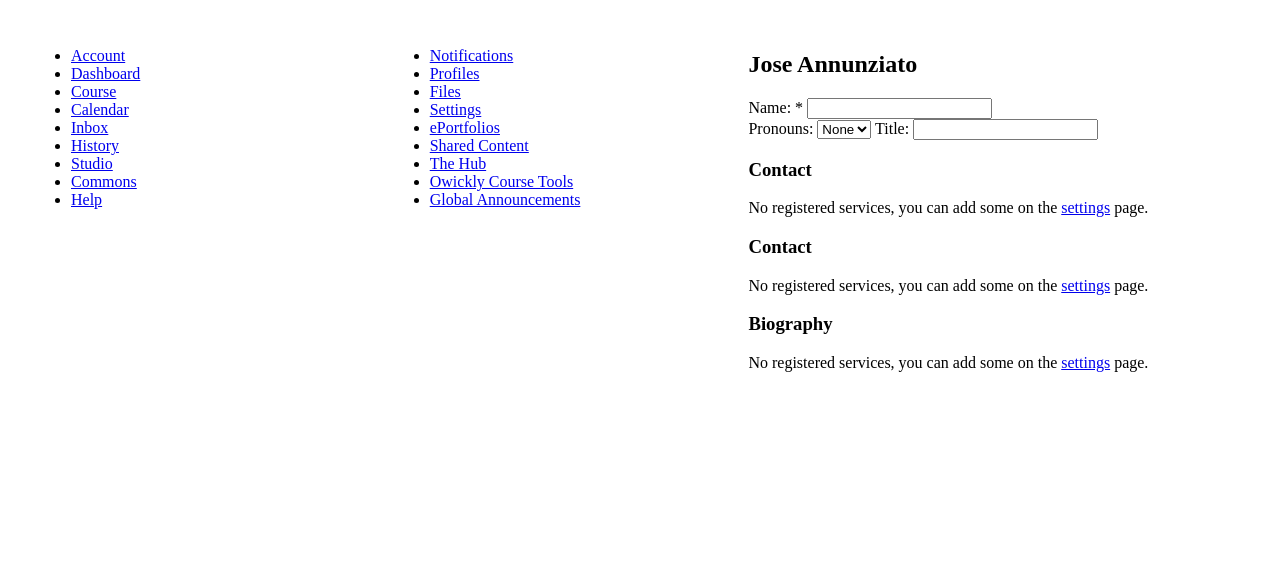
Repository: yuqiant/kanbas-react-web-app
Page: public/kanbas/profile/edit.html
These files come from the project's save history. The page is drawn as it stood at one moment and after the next save; the edit follows.
The browser window is 1280 px wide. The pictures show the whole page.

Above is the page before, as saved 2023-09-14 21:38:09.

After the next save:
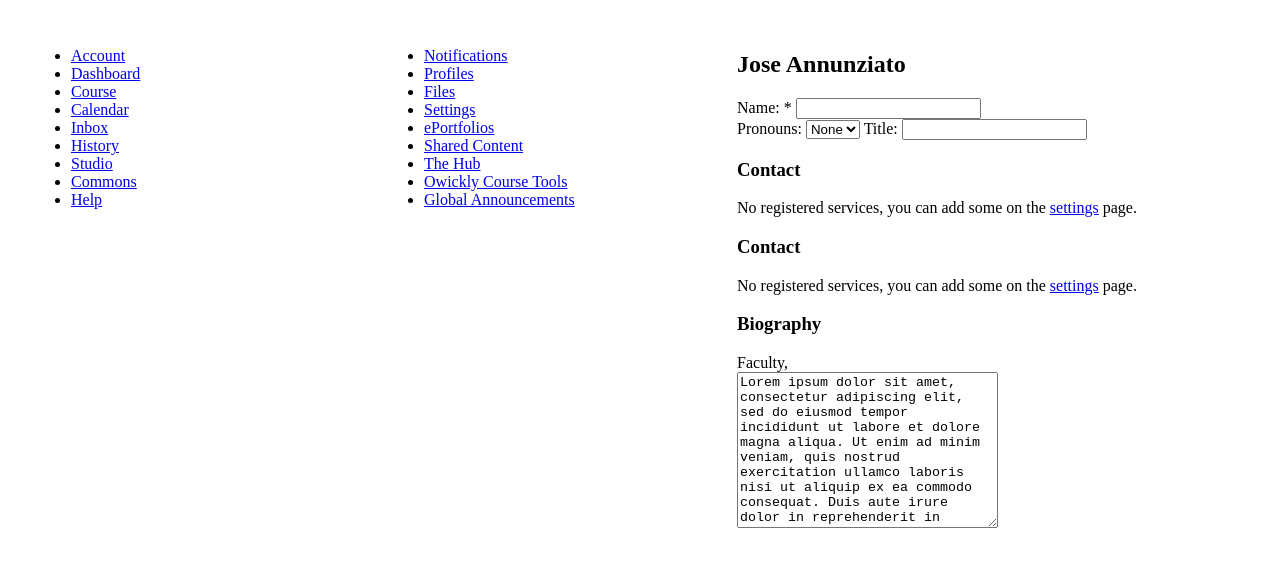
Saved 61 s later.
--- a/public/kanbas/profile/edit.html
+++ b/public/kanbas/profile/edit.html
@@ -74,7 +74,12 @@
                 <div>No registered services, you can add some on the <a href="#">settings</a> page.</div>
 
                 <h3>Biography</h3>
-                <div>No registered services, you can add some on the <a href="#">settings</a> page.</div>
+
+                <form id="textarea">
+                    <label>Faculty, </label><br />
+                    <textarea cols="30"
+                        rows="10">Lorem ipsum dolor sit amet, consectetur adipiscing elit, sed do eiusmod tempor incididunt ut labore et dolore magna aliqua. Ut enim ad minim veniam, quis nostrud exercitation ullamco laboris nisi ut aliquip ex ea commodo consequat. Duis aute irure dolor in reprehenderit in voluptate velit esse cillum dolore eu fugiat nulla pariatur. Excepteur sint occaecat cupidatat non proident, sunt in culpa qui officia deserunt mollit anim id est laborum.</textarea>
+                </form>
 
 
 
